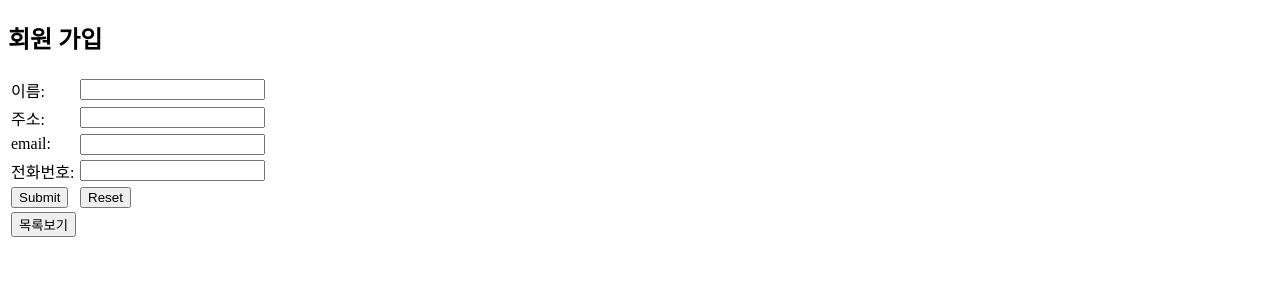
Repository: kdh2212/KDT_code
Page: http://localhost/20250804Web/regMemberForm.jsp
An editor plug-in stored every save of this project. The page is shown before and after the next save, followed by the edit.
The browser window is 1280 px wide. The pictures show the whole page.
The page is served by Tomcat 9.

Above is the page before, as saved 2025-08-04 07:33:42.

After the next save:
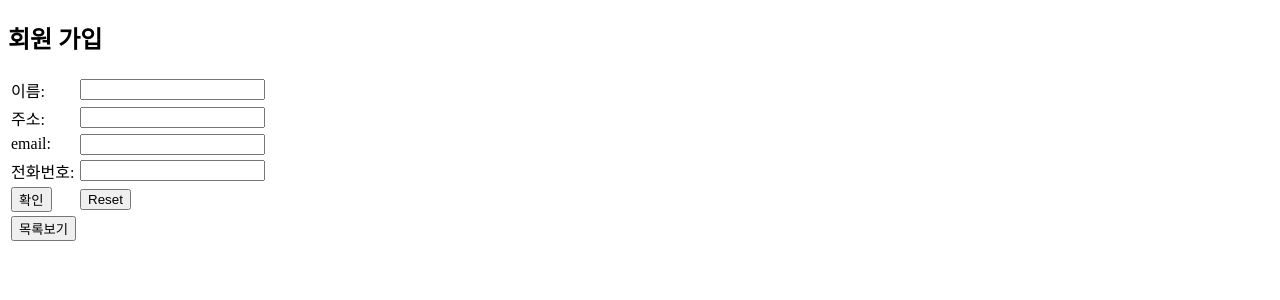
Saved 53 s later.
--- a/20250804Web/src/main/webapp/regMemberForm.jsp
+++ b/20250804Web/src/main/webapp/regMemberForm.jsp
@@ -14,7 +14,7 @@
 <tr><td>주소:</td><td><input type="text" name="addr"/></td></tr>
 <tr><td>email:</td><td><input type="text" name="email"/></td></tr>
 <tr><td>전화번호:</td><td><input type="text" name="phone"/></td></tr>
-<tr><td><input type= "submit"/></td><td><input type="reset"/></td></tr><td><input type= "button" value = "목록보기" name="list"/></td>
+<tr><td><input type= "submit" value="확인"/></td><td><input type="reset"/></td></tr><td><input type= "button" value = "목록보기" name="list"/></td>
 </form>
 </table>
 </body>
